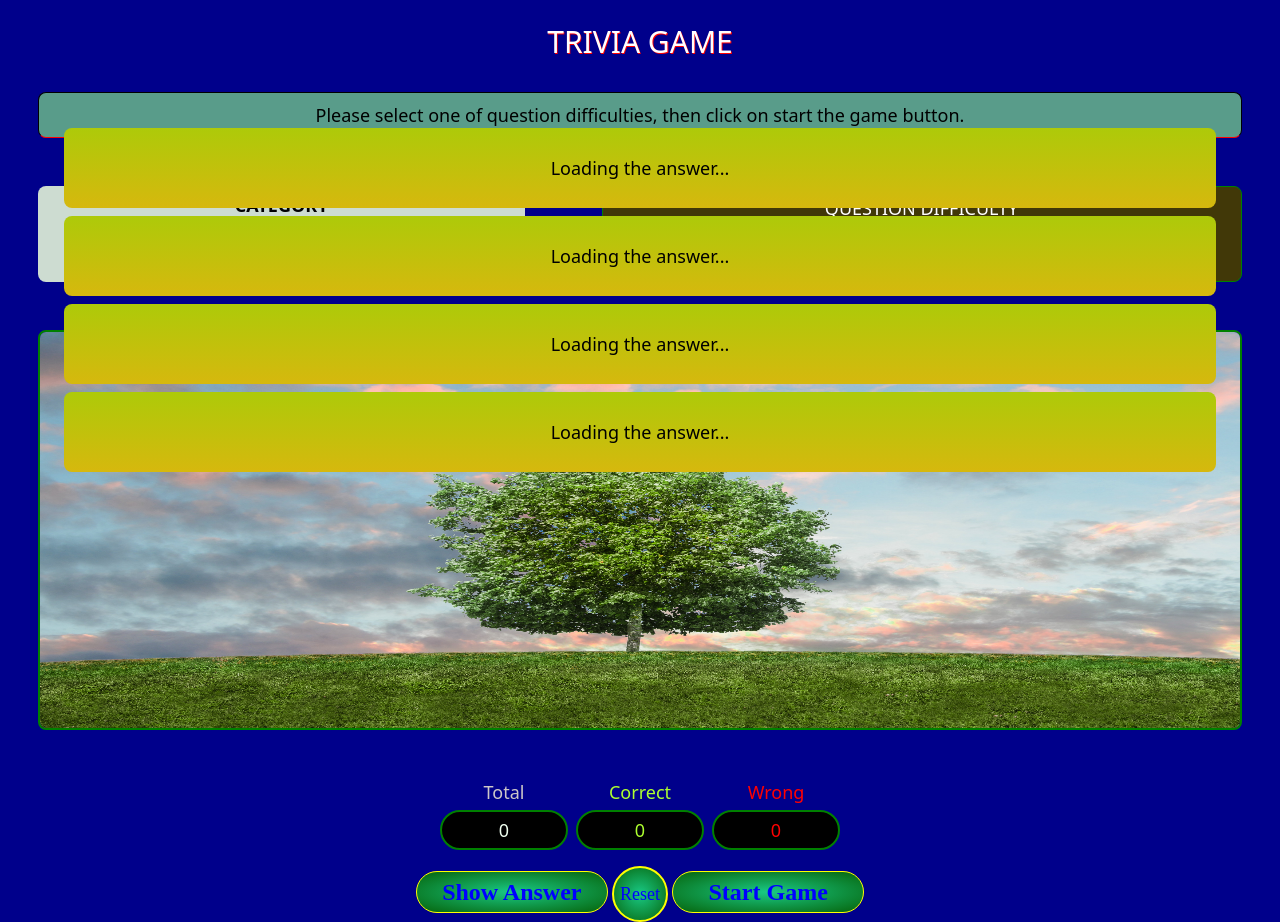
Repository: ShindanoSingi/bembe-trivia
Page: index.html
The author's editor kept a copy of each file at every save. The page is drawn from the files as they stood at one save, then again after the next save.
The browser window is 1280 px wide. The pictures show the whole page.
Some web libraries are served in a nearby version.

Above is the page before, as saved 2022-09-08 01:33:24.

### index.html
<!DOCTYPE html>
<html lang="en">

    <head>
        <meta charset="UTF-8">
        <meta http-equiv="X-UA-Compatible" content="IE=edge">
        <meta name="viewport" content="width=device-width, initial-scale=1.0">
        <link rel="stylesheet" href="style.css">
        <script src="https://cdn.tailwindcss.com"></script>
        <title>Trivia Game</title>
    </head>

    <body class="">
        <div class="containerBox max-h-[100vh] my-2 flex flex-col gap-[3rem]">
            <h1 class="text-center text-3xl relative top-4" >TRIVIA GAME</h1>
            <div class="questionBox text-center w-[94vw] md:text-lg h-[6.5rem] p-2 md:p-2 mx-auto rounded-lg">
                Please select one of question difficulties, then click on start the game button.
            </div>
            <div class="category-and-difficulty-container items-center justify-around flex">
                <div class="category-container w-[38vw] md:h-[6rem] h-[4.5rem] bg-[#CDDCD1] flex items-center flex-col py-[0.3rem] rounded-lg">
                    <div class="labelCategory text-sm md:text-lg font-bold md:font-bold text-black">CATEGORY</div>
                    <div class="category text-sm md:text-lg text-center p-1 rounded-lg">
                        Loading category...
                    </div>
                </div>
                <div class="qDifficultyBox w-[50vw] pb-1 rounded-lg items-center flex h-[4.5rem] md:h-[6rem] justify-around flex-col">
                        <div id="question" class="qCat md:text-lg text-sm">QUESTION DIFFICULTY</div>
                        <div class="difficulties-container md:flex md:space-x-6 flex gap-1">
                            <button class="difficulty px-1.5 md:w-[6rem] text-sm md:text-lg rounded-full" id="easy">Easy</button>
                            <button class="difficulty md:w-[6rem] px-1.5 rounded-full md:text-lg text-sm" id="medium">Medium</button>
                            <button class="difficulty md:w-[6rem] px-1.5 text-sm md:text-lg rounded-full" id="hard">Hard</button>
                    </div>
                </div>
            </div>
            <div class="imgAndQuestions">
                <img class="w-[94vw] h-[25rem] mx-auto" src="pexels-skitterphoto-9198.jpg" alt="nature image">
                <div class="answersButtons absolute md:absolute md:bottom-[15.5rem] bottom-[17.2rem] ml-[5vw] flex space-y-2 items-center  flex-col">
                    <button class="showAnswer md:text-lg w-[90vw] p-1 absolute bottom-[17rem] mx-auto text-sm h-[5rem]">Loading the answer...</button>
                    <button class="response md:text-lg w-[90vw] p-1 text-center text-md h-[5rem]" id="response1">Loading the answer...</button>
                    <button class="response md:text-lg w-[90vw] p-1 text-md h-[5rem]" id="response2">Loading the answer...</button>
                    <button class="response md:text-lg w-[90vw] p-1 text-md h-[5rem]" id="response3">Loading the answer...</button>
                    <button class="response md:text-lg w-[90vw] p-1 text-md h-[5rem]" id="response4">Loading the answer...</button>
                    </div>
                </div>

            <div id="bottomPart" class="flex  mx-auto flex-col items-center gap-4">
                <div class="labelsAndButtons relative left-1 flex space-x-2">
                    <div class="question-number flex flex-col items-center">
                        <p class="labels md:text-lg pb-1" id="labelQ">Total</p>
                        <div class="bottombuttons md:w-[8rem] md:text-lg w-[5rem] text-center py-1" id="questionNumber">0</div>
                    </div>
                    <div class="correct-answers md:text-lg flex flex-col items-center">
                        <p class="labels pb-1" id="labelC">Correct</p>
                        <div class="bottombuttons md:text-lg w-[5rem] md:w-[8rem] text-center py-1" id="correct">0</div>
                    </div>
                    <div class="wrong-answers md:text-lg flex flex-col items-center">
                        <p class="labels pb-1" id="labelW">Wrong</p>
                        <div class="bottombuttons md:w-[8rem] md:text-lg w-[5rem] text-center py-1" id="wrong">0</div>
                    </div>
                    <div class="timerQuestionCorrectWrong"></div>
                </div>
                <div class="threeBottomButtons">
                    <button class="w-[8rem] text-lg md:text-2xl md:w-48 py-1" id="showAnswer">Show Answer</button>
                    <button class="reset text-lg p-1 w-[3.5rem] h-[3.5rem] rounded-full">Reset</button>
                    <button class="startGame text-lg w-[8rem] md:text-2xl md:w-48 py-1">Start Game</button>
                </div>
            </div>
            </div>
        <script src="./script.js"></script>
    </body>
</html>

### style.css

/* iPhone 8 and smaller */

    /*  Set h1 text to red */
    h1 {
        color: #fff;
        text-shadow: 0.05rem 0.05rem red;
    }

    /* The box containing the question */
    .questionBox {
        color: rgb(0, 0, 0);
        border: 0.02rem solid;
        background-color: rgb(89, 156, 138);
        border-bottom-color: red;
    }

    /* Label for category */
    .labelCategory {
        color: white;
    }

    /* The show answer message box */
    .showAnswer {
        color: honeydew;
        visibility: hidden;
        border: 0.1rem solid green;
        border-radius: 0.5rem;
        background-color:rgb(2, 27, 3);
    }
    /*  Individual difficulty button */
    .difficulty {
        background-image: linear-gradient(rgb(16, 221, 142), rgb(4, 58, 7));
        border: 0.2rem solid rgb(21, 139, 35);
        color: white;
    }

    /*  Class containing all difficulty buttons */
    .difficulties-container {
        border-color: green;
    }
    /* The box containing difficulty buttons */
    .qDifficultyBox {
        border: 0.14vh solid green;
        background-color: rgb(65, 56, 8);
        color: white;
    }

    /* image */
    img {
        border: 0.15rem solid green;
        border-radius: 0.5rem;
    }
    /* all response buttons */
    .response {
        border-color: green;
        background-image: linear-gradient(rgb(173, 202, 9), rgb(214, 184, 14));
        color: black;
        border-radius: 0.5rem;
    }
    /* All response buttons */
    .response:hover {
        background-image: linear-gradient(rgb(32, 90, 165), rgb(72, 168, 192));
    }

    /* Show answer button */
    #showAnswer {
        color: blue;
        border: 0.54vh solid green;
        border: 0.27vh solid yellow;
        border-radius: 20rem;
        font-family: cursive;
        font-weight: bold;
        background-image: radial-gradient(rgb(25, 201, 133), rgb(6, 99, 10));
    }
    #showAnswer:hover {
        background-image: radial-gradient(rgb(201, 25, 25), rgb(93, 99, 6));
        color: white;
    }
    /* Start game button */
    .startGame {
        color: blue;
        border: 0.54vh solid green;
        border: 0.27vh solid yellow;
        border-radius: 20rem;
        font-family: cursive;
        font-weight: bold;
        background-image: radial-gradient(rgb(25, 201, 133), rgb(6, 99, 10));
    }
    /* Start game button */
    .startGame:hover {
        background-image: radial-gradient(rgb(201, 25, 25), rgb(93, 99, 6));
        color: white;
    }
    /* Reset button */
    .reset {
        color: blue;
        border: 0.5rem solid green;
        border: 0.15rem solid yellow;
        font-family: cursive;
        background-image: radial-gradient(rgb(25, 201, 133), rgb(6, 99, 10));
    }
    /* Reset button */
    .reset:hover {
        background-image: radial-gradient(rgb(201, 25, 25), rgb(93, 99, 6));
        color: white;
    }

    /* Class containing the 3 bottom labels  (total questions, correct answers and wrong answers) */
    .question-number {
        color: rgb(205, 200, 200);
    }

    .correct-answers {
        color: greenyellow;
    }

    .wrong-answers {
        color: red;
    }

    /* The bottom boxes for total question number, correct answers and wrong answers */
    .bottombuttons {
        border: 0.15rem solid green;
        background-color: black;
        color: honeydew;
        border-radius: 2rem;
    }

    /* Set the wrong anser to red */
    #wrong {
        color: rgb(255, 0, 0);
    }
    /* Set the correct anser to green */
    #correct {
        color: greenyellow;
    }

    /* Change the color when "easy" button is hovered over */
    #easy:hover {
        background-image: linear-gradient(rgb(202, 9, 9), rgb(214, 184, 14));
    }
    /* Change the color when "easy" button is hovered over */
    #medium:hover {
        background-image: linear-gradient(rgb(202, 9, 9), rgb(214, 184, 14));
    }
    /* Change the color when "easy" button is hovered over */
    #hard:hover {
        background-image: linear-gradient(rgb(202, 9, 9), rgb(214, 184, 14));
    }

    body {
      background-color: darkblue;
    }

### script.js
// Declaring variables

// Capture win window
let winWindow = document.querySelector('.win');

// Declae win reset button
let winResetButton = document.querySelector('.winReset');

// define lose reset button
let loseResetButton = document.querySelector('.loseReset');

// define lose window
let loseWindow = document.querySelector('.lose');

// define win image
let winImage = document.querySelector('.winImage')

// define a message if the payer loses the game
let loseMessage = document.querySelector('#losePar');

// define
let video = document.querySelector('#myVideo');

// Get Body content
let body = document.querySelector('body');

// This will hold category information
let category = document.querySelector('.category');

// This will hold the question
let question = document.querySelector('.questionBox');

// This is for all response buttons
let answerButtons = document.querySelector('.answersButtons');

// Define difficulty buttons
let difficultyButtons = document.querySelector('.difficulties-container');

// Define image
let image = document.querySelector('img');

// Define audio button
let audioButton = document.querySelector('.audio');

// Declaring individual difficulty buttons
let easyButton = document.querySelector('#easy');
let mediumButton = document.querySelector('#medium');
let hardButton = document.querySelector('#hard');

// This is for individual responses
let response1 = document.querySelector('#response1');
let response2 = document.querySelector('#response2');
let response3 = document.querySelector('#response3');
let response4 = document.querySelector('#response4');

// Define the total number of questions' box.
let totNumQuestionsBox = document.querySelector('#questionNumber');

// This will hold number of correct answers
let cAnswer = document.querySelector('#correct');

// This will hold number of wrong answers
let wAnswer = document.querySelector('#wrong');

// Define the "show answer" button
let showAnswerButton = document.querySelector('#showAnswer');

let corrAnswer;

// Create new audio objects
// Code source: https://www.w3schools.com/jsref/met_audio_play.asp
let audio = new Audio('general-logo-13395.mp3');

let questionscoreCount = 0;
let correctAnswerScoreCount = 0;
let wrongAnswerscoreCount = 0;
let scoreCount = 0;
let clear = '';
let difficulty = '';

// Set winning scoreCount
let winningscoreCount = 6;

let highscoreCount = 0;

let startGame = document.querySelector('.startGame');

// Takes the response from fetch
let triviaQuestion;

// Define a global url which will be accessed by multiple functions
let url;

// Array of all Images/jpg
// https://www.pexels.com/search/environment/
let arrayImages = [];
arrayImages.push('pexels-ákos-szabó-440731.jpg');
arrayImages.push('pexels-atikul-haque-rafat-679598.jpg');
arrayImages.push('pexels-felix-mittermeier-957024.jpg');
arrayImages.push('pexels-ian-turnell-709552.jpg');
arrayImages.push('pexels-karolina-grabowska-5750182.jpg');
arrayImages.push('pexels-mahima-1250260.jpg');
arrayImages.push('pexels-mali-maeder-142497.jpg');
arrayImages.push('pexels-matthias-cooper-580900.jpg');
arrayImages.push('pexels-min-an-1131458.jpg');
arrayImages.push('pexels-minamarie-michell-570041.jpg');
arrayImages.push('pexels-olya-kobruseva-5236397.jpg');
arrayImages.push('pexels-pixabay-33044.jpg');
arrayImages.push('pexels-pixabay-221012.jpg');
arrayImages.push('pexels-pixabay-235615.jpg');
arrayImages.push('pexels-pixabay-259280.jpg');
arrayImages.push('pexels-pixabay-302804.jpg');
arrayImages.push('pexels-pixabay-414090.jpg');
arrayImages.push('pexels-pixabay-459225.jpg');
arrayImages.push('pexels-pixabay-459225.jpg');
arrayImages.push('pexels-pixabay-460621.jpg');
arrayImages.push('pexels-scott-webb-1048033.jpg');
arrayImages.push('pexels-skitterphoto-9198.jpg');
arrayImages.push('pexels-sohail-na-807598.jpg');

// for correct and wrong answer song; source code:
// https://www.dreamstime.com/stock-music-sound-effect/wrong-answer-answer.html

// Reset the game when the "Reset" button is clicked
let resetButton = document.querySelector('.reset');
resetButton.addEventListener('click', () => {

    // Code source: https://www.w3schools.com/jsref/met_audio_play.asp
    audio.volume = 0.2;

    // Refresh the page/window
    window.location.reload();
});

// Assign color to all answer buttons and call "play" function
let startButton = () => {

    // Increament the score count.
    scoreCount++;

    // Select all responses buttons.
    let responses = document.querySelectorAll('.response');
    responses.forEach(response => {
        response.style.backgroundImage = 'linear-gradient(rgb(173, 202, 9), rgb(57, 14, 214));'
    })

    // When the "Start The Game" button is presNexted, Call "play" function
    play();
}

// Select difficulty buttons
difficultyButtons.addEventListener('click', e => {

    // Target the element/button by its id.
    difficulty = e.target.id;

    // Only change the color "easy" button is selected, then enable "Start The Game"
    if (difficulty === 'easy') {

        // Only change the background of "easy button" to a different color, and let other bottons'
        // colors unchanged.
        e.target.style.backgroundImage = 'linear-gradient(rgb(9, 25, 202), rgb(81, 14, 214))';
        mediumButton.style.backgroundImage = `linear-gradient(rgb(16, 221, 142), rgb(4, 58, 7))`;
        hardButton.style.backgroundImage = `linear-gradient(rgb(16, 221, 142), rgb(4, 58, 7))`;

        // Start the Game when "Start The Game" is clicked
        let startGame = document.querySelector('.startGame');
        startGame.addEventListener('click', () => {
            startButton();
        });
    }

    // Only change the color "medium" button is selected, then enable "Start The Game"
    else if (difficulty === 'medium') {

        // Only change the background of "medium button" to a different color, and let other bottons'
        // colors unchanged.
        e.target.style.backgroundImage = 'linear-gradient(rgb(9, 25, 202), rgb(81, 14, 214))';
        easyButton.style.backgroundImage = `linear-gradient(rgb(16, 221, 142), rgb(4, 58, 7))`;
        hardButton.style.backgroundImage = `linear-gradient(rgb(16, 221, 142), rgb(4, 58, 7))`;

        // Start the Game when "Start The Game" is clicked
        startGame.addEventListener('click', () => {
            startButton();
        });
    }

    // Only change the color "hard" button is selected, then enable "Start The Game"
    else if (difficulty === 'hard') {

        // Only change the background of "hard button" to a different color, and let other bottons'
        // colors unchanged.
        e.target.style.backgroundImage = 'linear-gradient(rgb(9, 25, 202), rgb(81, 14, 214))';
        mediumButton.style.backgroundImage = `linear-gradient(rgb(16, 221, 142), rgb(4, 58, 7))`;
        easyButton.style.backgroundImage = `linear-gradient(rgb(16, 221, 142), rgb(4, 58, 7))`;



        // Start the Game when "Start The Game" is clicked
        startGame.addEventListener('click', () => {
            startButton();
        });
    }

    // Return the value of the chosen difficulty button.
    return difficulty;
})



// Play the game when the start game button is click.
function play() {

    // Define and get a random number
    // Source: https://www.w3schools.com/jsref/jsref_random.asp
    let randomQuestion = Math.floor(Math.random() * 10 + 9);

    // Get the question from the API
    // Source: https://opentdb.com/api_config.php
    url = `https://opentdb.com/api.php?amount=50&difficulty=${difficulty}&type=multiple`

    // Define an empty array that will hold the correct answer and 3 wrong answers
    let arr = [];

    // fetch the the result for the above url.
    fetch(url)
        .then(res => {
            return res.json()
        })

        .then(res => {

            triviaQuestion = res;

            // Capture the correct from the response
            corrAnswer = res.results[0].correct_answer;

            arr.push(res.results[0].correct_answer);
            arr.push(res.results[0].incorrect_answers[0])
            arr.push(res.results[0].incorrect_answers[2])
            arr.push(res.results[0].incorrect_answers[1])

            category.innerHTML = res.results[0].category
            question.innerHTML = res.results[0].question

            // Assigning answers to answers buttons
            response1.innerHTML = arr[0];
            response2.innerHTML = arr[1];
            response3.innerHTML = arr[2];
            response4.innerHTML = arr[3];

            // Shuffling the array to avoid answers pattern.
            for (let i = arr.length - 1; i > 0; i--) {
                let j = Math.floor(Math.random() * (i + 1))

                let tempNum = arr[i];
                arr[i] = arr[j];
                arr[j] = tempNum;
            }
        })
}


// Track the clicking event of each answerButton
answerButtons.addEventListener('click', (event) => {

    // Check if the selected answer is equal to correct answer
    if (event.target.innerText === triviaQuestion.results[0].correct_answer) {

        // Increment total number of question
        scoreCount++;

        // Increament the the number of correct answers.
        correctAnswerScoreCount++;

        // Write the correct answer in the correct answer box
        cAnswer.innerText = correctAnswerScoreCount;

        for (let i = arrayImages.length - 1; i > 0; i--) {
            let j = Math.floor(Math.random() * (i + 1))

            let tempNum = arrayImages[i];
            arrayImages[i] = arrayImages[j];
            arrayImages[j] = tempNum;
        }

        // Play a random video
        image.src = arrayImages[1];

        // Set the background of the correct answer to green
        event.target.style.backgroundImage = `linear-gradient(rgb(0, 255, 106),
        rgb(9, 106, 28))`;

        // Call the next question
        nextQuestion()
    }

    // Check if the selected answer is not equal to the correct answer
    else if (event.target.innerText !== triviaQuestion.results[0].correct_answer) {

        // Play this audio if the answer is incorrect
        let audioWrongAnswer = new Audio('wrongAnswer.mp3');


        for (let i = arrayImages.length - 1; i > 0; i--) {
            let j = Math.floor(Math.random() * (i + 1))

            let tempNum = arrayImages[i];
            arrayImages[i] = arrayImages[j];
            arrayImages[j] = tempNum;
        }

        // Play a random video
        image.src = arrayImages[0];

        // Incremment scoreCount
        scoreCount++;

        // Increament the the number of incorrect answers.
        wrongAnswerscoreCount++;

        // Set the background of the correct answer to red
        event.target.style.backgroundImage = 'linear-gradient(rgb(220, 7, 7), #fa0a0a)';

        // Write the incorrect answer in the wrong answer box
        wAnswer.innerHTML = wrongAnswerscoreCount;
    }

    // Call the next question
    nextQuestion();
})

// Refresh the window reset all numbers to 0 and all texts to empty.
function refreshWindow() {
    window.location.reload()
}

// This function runs when the player calls for the next question.
function nextQuestion() {


    // Source: https://www.w3schools.com/jsref/jsref_random.asp
    let randomQuestions = Math.floor(Math.random() * 10 + 9);

    let urlNext = `https://opentdb.com/api.php?amount=1&category=${randomQuestions}&type=multiple`

    let arrNext = [];

    fetch(urlNext)
        .then(resNext => {
            return resNext.json()
        })

        .then(resNext => {

            // Capture the correct from the response
            corrAnswer = resNext.results[0].correct_answer;

            // Assign the response from fetch to triviaQuestion
            triviaQuestion = resNext;

            arrNext.push(resNext.results[0].correct_answer);
            arrNext.push(resNext.results[0].incorrect_answers[0])
            arrNext.push(resNext.results[0].incorrect_answers[2])
            arrNext.push(resNext.results[0].incorrect_answers[1])

            // Shuffling the array to avoid answers pattern.
            // source: https://www.geeksforgeeks.org/how-to-shuffle-an-array-using-javascript/

            for (let i = arrNext.length - 1; i > 0; i--) {
                let j = Math.floor(Math.random() * (i + 1))

                let tempNums = arrNext[i];
                arrNext[i] = arrNext[j];
                arrNext[j] = tempNums;
            }

            // Assigning original coloanswers to answers buttons
            response1.innerHTML = arrNext[0];
            response1.style.backgroundImage = 'linear-gradient(rgb(173, 202, 9), rgb(57, 14, 214))'

            response2.innerHTML = arrNext[1];
            response2.style.backgroundImage = 'linear-gradient(rgb(173, 202, 9), rgb(57, 14, 214))'

            response3.innerHTML = arrNext[2];
            response3.style.backgroundImage = 'linear-gradient(rgb(173, 202, 9), rgb(57, 14, 214))'

            response4.innerHTML = arrNext[3];
            response4.style.backgroundImage = 'linear-gradient(rgb(173, 202, 9), rgb(57, 14, 214))'

            category.innerHTML = resNext.results[0].category
            question.innerHTML = resNext.results[0].question

            console.log(resNext.results[0])

        })
}

// Display the answer if the "show Andwer" button is clicked for 1 second, then hide the answer.
showAnswerButton.addEventListener('click', () => {
    let answerBox = document.querySelector('.showAnswer');

    setTimeout(function () {
        answerBox.style.visibility = 'visible';
        answerBox.style.zIndex = '100';

        answerBox.innerHTML = corrAnswer;
        //Hide the answer
        setTimeout(function () {
            answerBox.style.visibility = 'hidden';

        }, 1000)
    }, 1000)

    if (answerBox.innerHTML === 'undefined') {
        answerBox.innerHTML = "Loading the answer...";
    }
    else {
        answerBox.innerHTML = "Loading the answer...";
    }
})

After the next save:
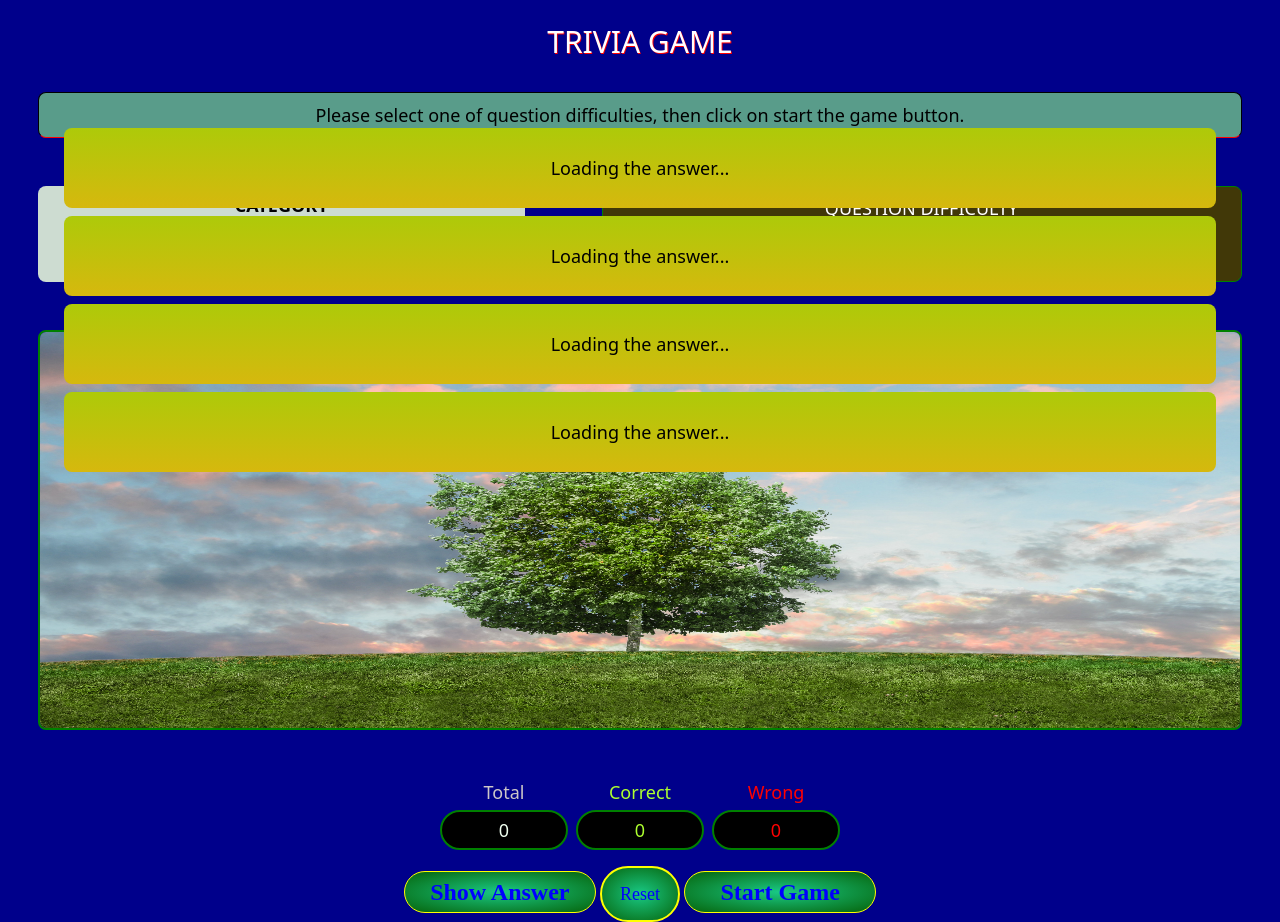
Saved 22 s later.
--- a/index.html
+++ b/index.html
@@ -61,7 +61,7 @@
                 </div>
                 <div class="threeBottomButtons">
                     <button class="w-[8rem] text-lg md:text-2xl md:w-48 py-1" id="showAnswer">Show Answer</button>
-                    <button class="reset text-lg p-1 w-[3.5rem] h-[3.5rem] rounded-full">Reset</button>
+                    <button class="reset text-lg p-1 md:w-[5rem] w-[3.5rem] h-[3.5rem] rounded-full">Reset</button>
                     <button class="startGame text-lg w-[8rem] md:text-2xl md:w-48 py-1">Start Game</button>
                 </div>
             </div>
